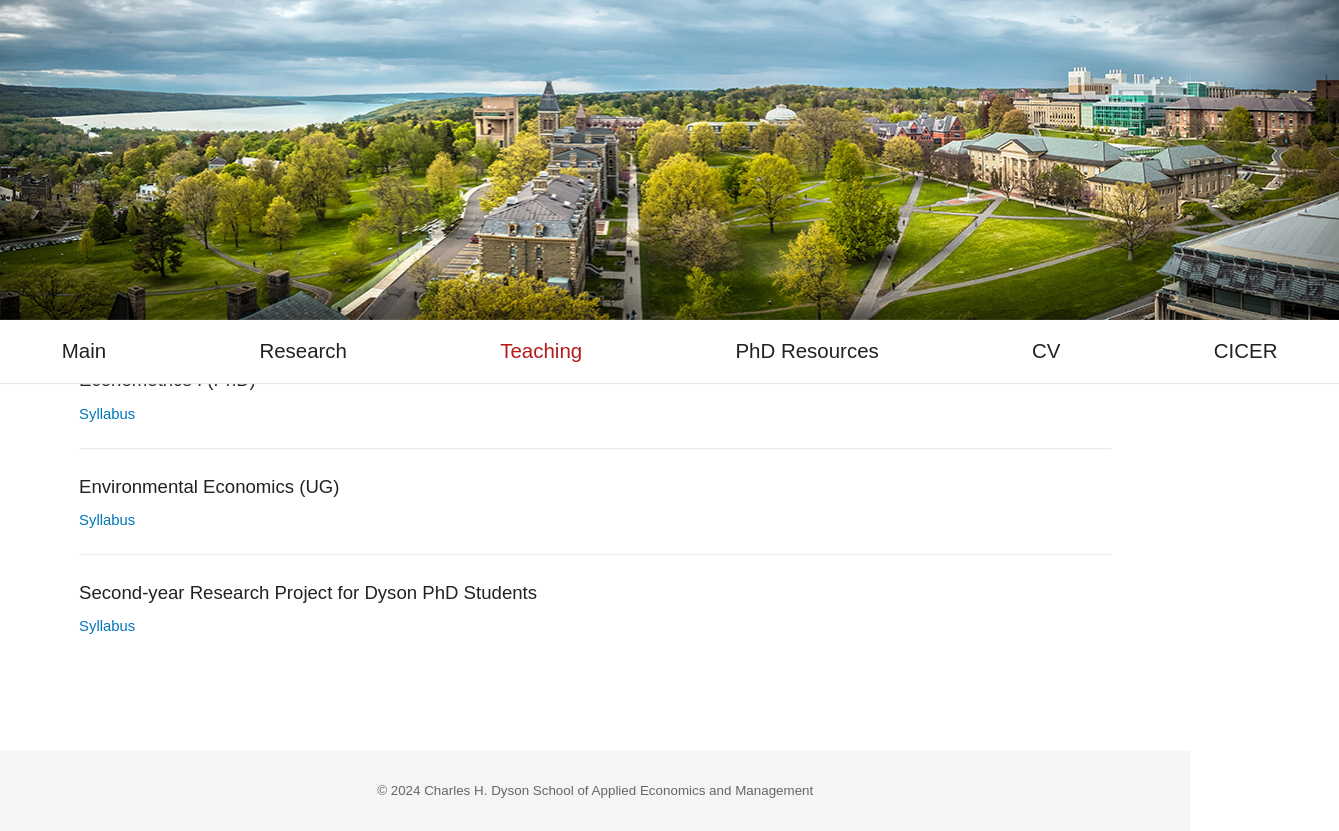
Repository: huang-heavenly-Emperor/k1_project
Page: teaching.html
The author's editor kept a copy of each file at every save. The page is drawn from the files as they stood at one save, then again after the next save.
The browser window is 1280 px wide. The page is 1440 px wide, so the pictures cover 1440 px, including what lies to the right of the window. The pictures show the whole page, at 93% of full size.

Above is the page before, as saved 2024-11-17 06:11:33.

After the next save:
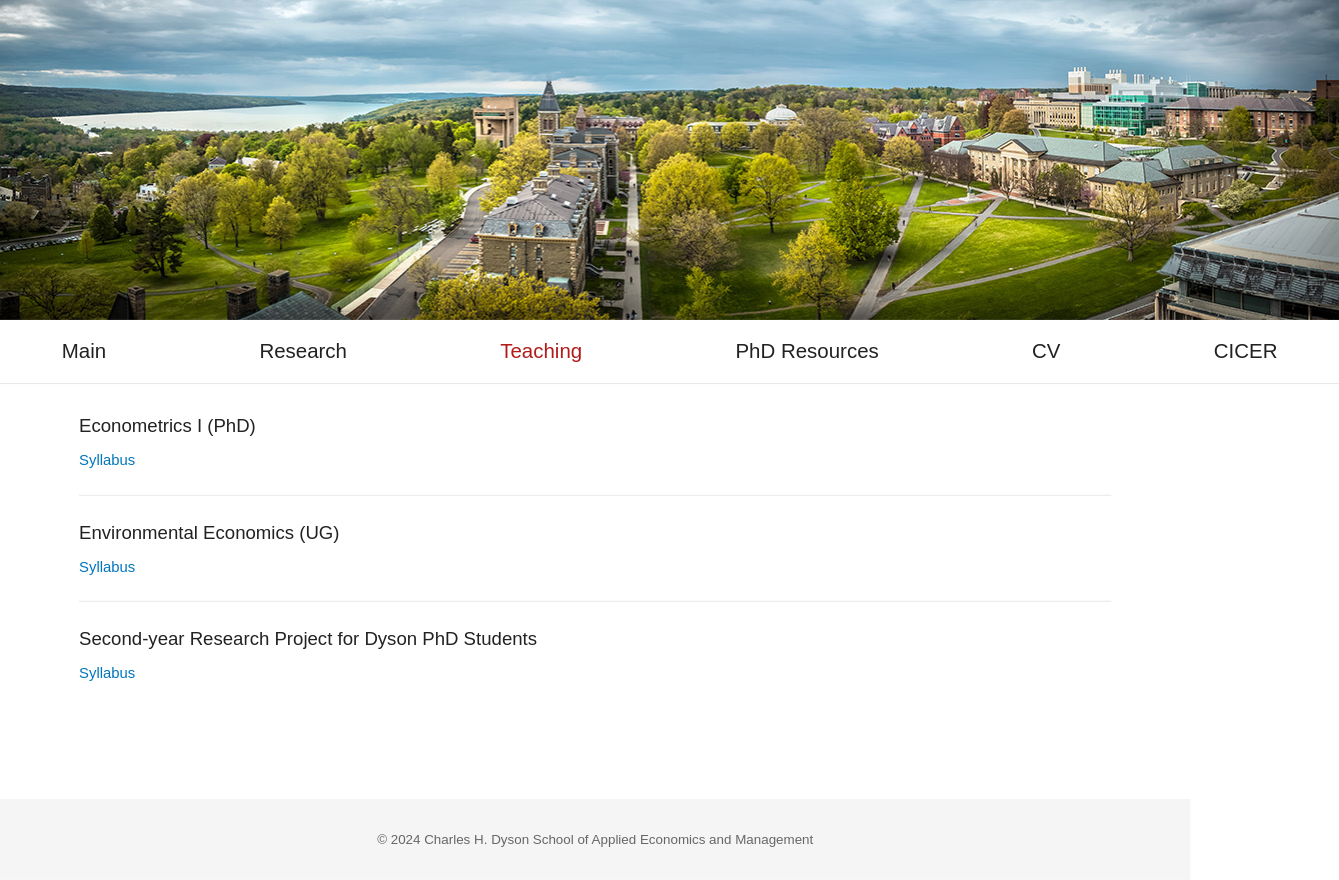
Saved 5 s later.
--- a/teaching.css
+++ b/teaching.css
@@ -17,7 +17,7 @@ body {
 .main-container {
     max-width: 1150px;
     padding: 0 20px;
-    margin:  auto;
+    margin: 50px auto;
 }
 
 /* Courses Section */
